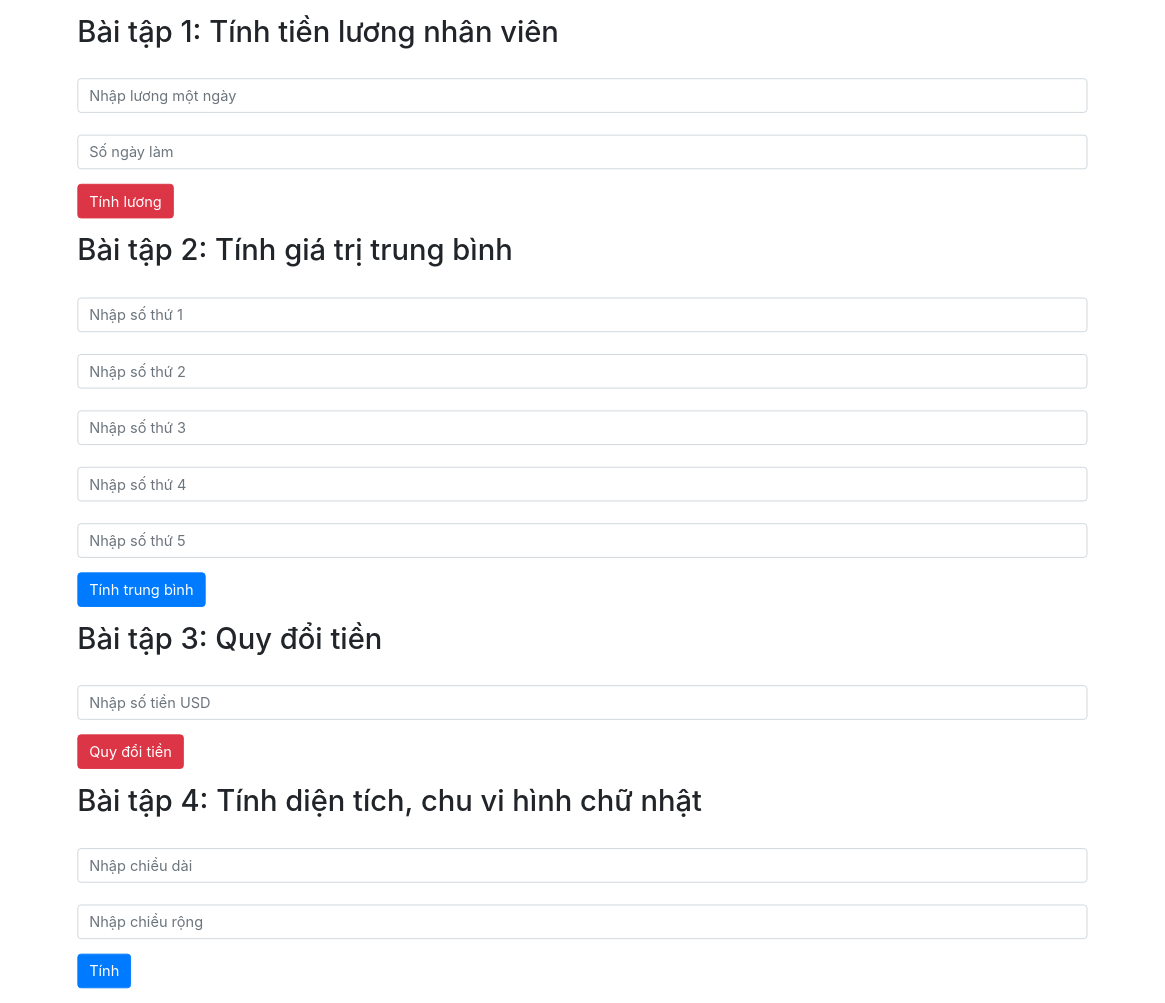
Repository: thanhfrankie/BC10-LeMinhThanh-Js-b2-3
Page: index.html
These files come from the project's save history. The page is drawn as it stood at one moment and after the next save; the edit follows.
The browser window is 1280 px wide. The pictures show the whole page, at 91% of full size.

Above is the page before, as saved 2023-12-15 15:59:15.

### index.html
<!DOCTYPE html>
<html lang="en">
  <head>
    <title>Title</title>
    <!-- Required meta tags -->
    <meta charset="utf-8" />
    <meta
      name="viewport"
      content="width=device-width, initial-scale=1, shrink-to-fit=no"
    />

    <!-- Bootstrap CSS -->
    <link
      rel="stylesheet"
      href="https://stackpath.bootstrapcdn.com/bootstrap/4.3.1/css/bootstrap.min.css"
      integrity="sha384-ggOyR0iXCbMQv3Xipma34MD+dH/1fQ784/j6cY/iJTQUOhcWr7x9JvoRxT2MZw1T"
      crossorigin="anonymous"
    />
  </head>
  <body>
    <!-- Bài tập 1 -->
    <div class="container">
      <h2 class="mt-3">Bài tập 1: Tính tiền lương nhân viên</h2>
      <div class="form-group">
        <label for="luong-mot-ngay"></label>
        <input
          type="number"
          class="form-control"
          name=""
          id="luong-mot-ngay"
          aria-describedby="helpId"
          placeholder="Nhập lương một ngày"
          required
        />
        <label for="so-ngay-lam"></label>
        <input
          type="number"
          class="form-control"
          name=""
          id="so-ngay-lam"
          aria-describedby="helpId"
          placeholder="Số ngày làm"
          required
        />
        <button type="button" onclick="tinhLuong()" class="btn btn-danger mt-3">
          Tính lương
        </button>
      </div>
      <h2 id="luong-nhan-duoc"></h2>
    </div>
    <!-- Bài tập 2 -->
    <div class="container">
      <div class="form-group">
        <h2>Bài tập 2: Tính giá trị trung bình</h2>
        <label for="so-thu-1"></label>
        <input
          type="number"
          class="form-control"
          name=""
          id="so-thu-1"
          aria-describedby="helpId"
          placeholder="Nhập số thứ 1"
          required
        />
        <label for="so-thu-2"></label>
        <input
          type="number"
          class="form-control"
          name=""
          id="so-thu-2"
          aria-describedby="helpId"
          placeholder="Nhập số thứ 2"
          required
        />
        <label for="so-thu-3"></label>
        <input
          type="number"
          class="form-control"
          name=""
          id="so-thu-3"
          aria-describedby="helpId"
          placeholder="Nhập số thứ 3"
          required
        />
        <label for="so-thu-4"></label>
        <input
          type="number"
          class="form-control"
          name=""
          id="so-thu-4"
          aria-describedby="helpId"
          placeholder="Nhập số thứ 4"
          required
        />
        <label for="so-thu-5"></label>
        <input
          type="number"
          class="form-control"
          name=""
          id="so-thu-5"
          aria-describedby="helpId"
          placeholder="Nhập số thứ 5"
          required
        />
        <button type="button" onclick="tinhTrungBinh()" class="btn btn-primary mt-3">
          Tính trung bình
        </button>
        <h2 id="ket-qua-trung-binh"></h2>
      </div>
    </div>
    <!-- Bài tập 3-->
     <div class="container">
      <h2 class="mt-3">Bài tập 3: Quy đổi tiền</h2>
      <div class="form-group">
        <label for="so-luong-USD"></label>
        <input
          type="number"
          class="form-control"
          name=""
          id="so-luong-USD"
          aria-describedby="helpId"
          placeholder="Nhập số tiền USD"
          required
        />

        <button type="button" onclick="quyDoiTien()" class="btn btn-danger mt-3">
         Quy đổi tiền
        </button>
      </div>
      <h2 id="so-luong-VND"></h2>
    </div>

    <!-- Bài tập 4 -->
    <div class="container">
      <h2 class="mt-3">Bài tập 4: Tính diện tích, chu vi hình chữ nhật</h2>
      <div class="form-group">
        <label for="chieu-dai"></label>
        <input
          type="number"
          class="form-control"
          name=""
          id="chieu-dai"
          aria-describedby="helpId"
          placeholder="Nhập chiều dài"
          required
        />
        <label for="chieu-rong"></label>
        <input
          type="number"
          class="form-control"
          name=""
          id="chieu-rong"
          aria-describedby="helpId"
          placeholder="Nhập chiều rộng"
          required
        />
        <button type="button" onclick="tinh()" class="btn btn-primary mt-3">
          Tính
        </button>
      </div>
      <h2 id="ket-qua-nhan-duoc"></h2>
    </div>
    <!-- Optional JavaScript -->
    <!-- jQuery first, then Popper.js, then Bootstrap JS -->
    <script
      src="https://code.jquery.com/jquery-3.3.1.slim.min.js"
      integrity="sha384-q8i/X+965DzO0rT7abK41JStQIAqVgRVzpbzo5smXKp4YfRvH+8abtTE1Pi6jizo"
      crossorigin="anonymous"
    ></script>
    <script
      src="https://cdnjs.cloudflare.com/ajax/libs/popper.js/1.14.7/umd/popper.min.js"
      integrity="sha384-UO2eT0CpHqdSJQ6hJty5KVphtPhzWj9WO1clHTMGa3JDZwrnQq4sF86dIHNDz0W1"
      crossorigin="anonymous"
    ></script>
    <script
      src="https://stackpath.bootstrapcdn.com/bootstrap/4.3.1/js/bootstrap.min.js"
      integrity="sha384-JjSmVgyd0p3pXB1rRibZUAYoIIy6OrQ6VrjIEaFf/nJGzIxFDsf4x0xIM+B07jRM"
      crossorigin="anonymous"
    ></script>
    <script src="./index.js"></script>
  </body>
</html>

### index.js
// Bài tập 1
/**
 * B1: tạo biến, lấy giá trị từ input
 * B2: Tính lương
 * + tạo biến để tính lương: lương 1 ngày * số ngày làm
 * + gán sự kiện click cho button
 * B3: hiển thị kết quả
 */
function tinhLuong() {
  // B1:
  var luongMotNgay = document.getElementById("luong-mot-ngay").value;
  var soNgayLam = document.getElementById("so-ngay-lam").value;
  // B2, B3:
  var luongNhanDuoc = document.getElementById("luong-nhan-duoc");
  luongNhanDuoc.innerText = luongMotNgay * soNgayLam;
}
// Bài tập 2
/**
 * B1: tạo biến, lấy giá trị từ input
 * B2: Tính giá trị trung bình
 * + tạo biến để tính giá trị trung bình: tổng các giá trị đã nhập / số giá trị đã nhập
 * + gán sự kiện click cho button
 * B3: hiển thị kết quả
 */
function tinhTrungBinh() {
    var soThu1 = document.getElementById("so-thu-1").value  *1
    var soThu2 = document.getElementById("so-thu-2").value  *1
    var soThu3 = document.getElementById("so-thu-3").value *1
    var soThu4 = document.getElementById("so-thu-4").value *1
    var soThu5 = document.getElementById("so-thu-5").value *1

    var trungBinh =   (soThu1 + soThu2 + soThu3 + soThu4 + soThu5) /5
    var ketQua = document.getElementById("ket-qua-trung-binh")
    ketQua.innerText = trungBinh
}

// Bài tập 3
/**
 * B1: tạo biến, lấy giá trị từ input
 * B2: Tính ra số lượng VND theo số USD đã nhập
 * + tạo biến để tính lượng VND: tổng VND = tổng USD *23500
 * + gán sự kiện click cho button
 * B3: hiển thị kết quả
 */
function quyDoiTien() {
    var giaMotUSD = 23500
    var soLuongUSD = document.getElementById("so-luong-USD").value *1

    var quyDoiSangVND = soLuongUSD * giaMotUSD

    var soLuongVND = document.getElementById("so-luong-VND")
    soLuongVND.innerText = quyDoiSangVND
}

// Bài tập 4
/**
 * B1: tạo biến, lấy giá trị từ input
 * B2: Tính chu vi, diện tích hình chữ nhật
 * + tạo biến để tính chu vi: chu vi = (chiều dài + chiều rộng)x2
 * + tạo biến để tính diện tích: diện tích = chiều dài * chiều rộng
 * + gán sự kiện click cho button
 * B3: hiển thị kết quả
 */
function tinh() {
    var chieuDai = document.getElementById("chieu-dai").value *1
    var chieuRong = document.getElementById("chieu-rong").value * 1

    var chuVi = (chieuDai + chieuRong) * 2
    var dienTich = chieuDai * chieuRong
    var ketQua = document.getElementById("ket-qua-nhan-duoc")
    ketQua.innerText = `Diện tích: ${dienTich}, Chu vi: ${chuVi} `
}
// Bài tập 5
/**
 * B1: tạo biến, lấy giá trị từ input
 * B2: Tính chu vi, diện tích hình chữ nhật
 * + tạo biến để tính chu vi: chu vi = (chiều dài + chiều rộng)x2
 * + tạo biến để tính diện tích: diện tích = chiều dài * chiều rộng
 * + gán sự kiện click cho button
 * B3: hiển thị kết quả
 */

After the next save:
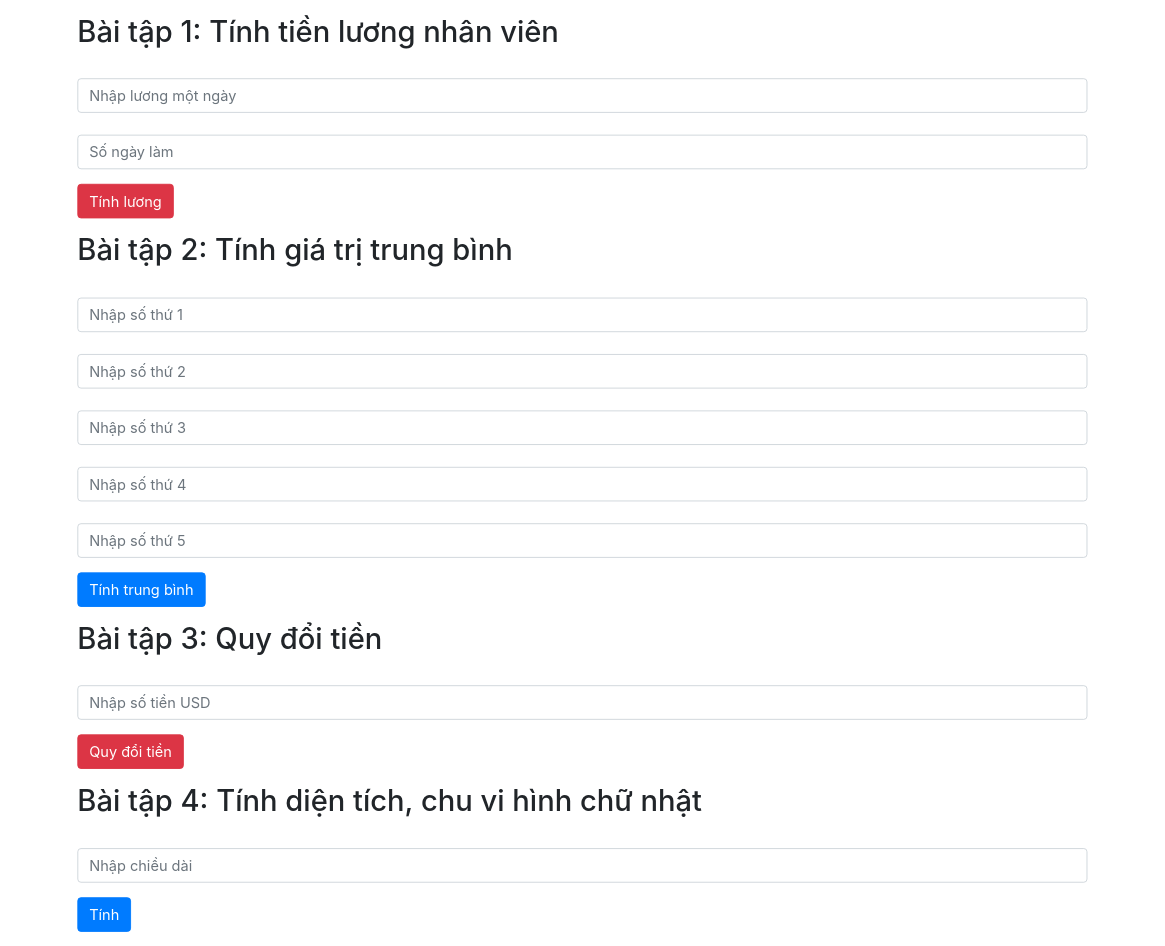
Saved 22 s later.
--- a/index.html
+++ b/index.html
@@ -144,16 +144,7 @@
           placeholder="Nhập chiều dài"
           required
         />
-        <label for="chieu-rong"></label>
-        <input
-          type="number"
-          class="form-control"
-          name=""
-          id="chieu-rong"
-          aria-describedby="helpId"
-          placeholder="Nhập chiều rộng"
-          required
-        />
+
         <button type="button" onclick="tinh()" class="btn btn-primary mt-3">
           Tính
         </button>
